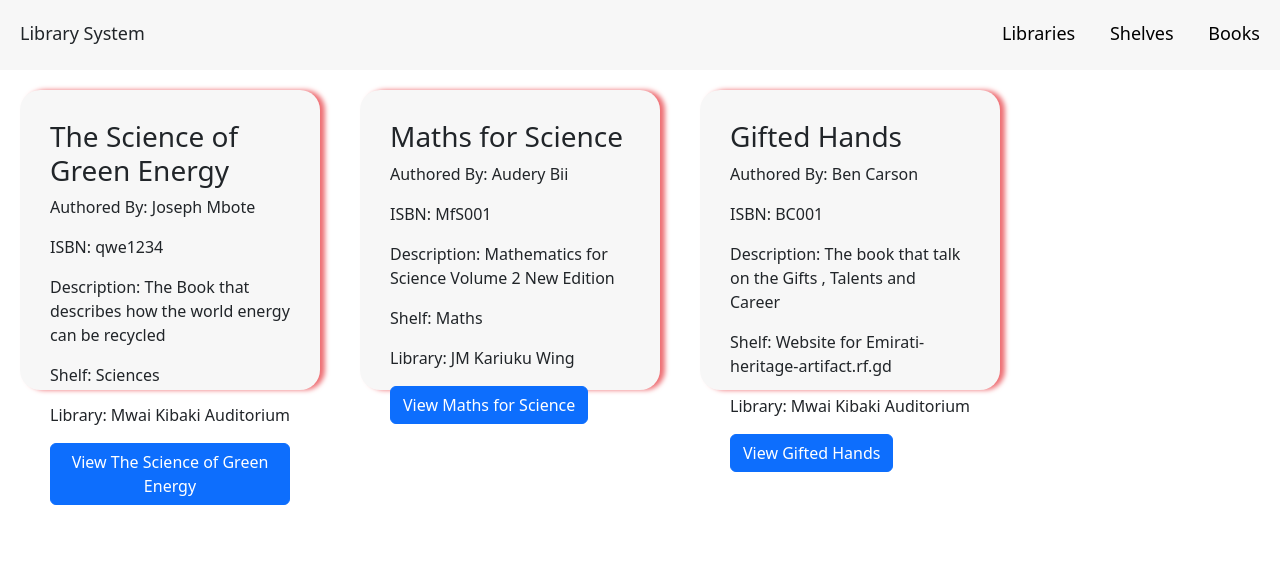
Repository: Mbote-Joseph/Library-Shelves-Books-Managements
Page: http://localhost/book
An editor plug-in stored every save of this project. The page is shown before and after the next save, followed by the edit.
The browser window is 1280 px wide. The pictures show the whole page.
The page is served by the project's application, run on Django 5.2 (manage.py). The page reads the database file committed with the project.

Above is the page before, as saved 2026-01-01 19:08:20.

After the next save:
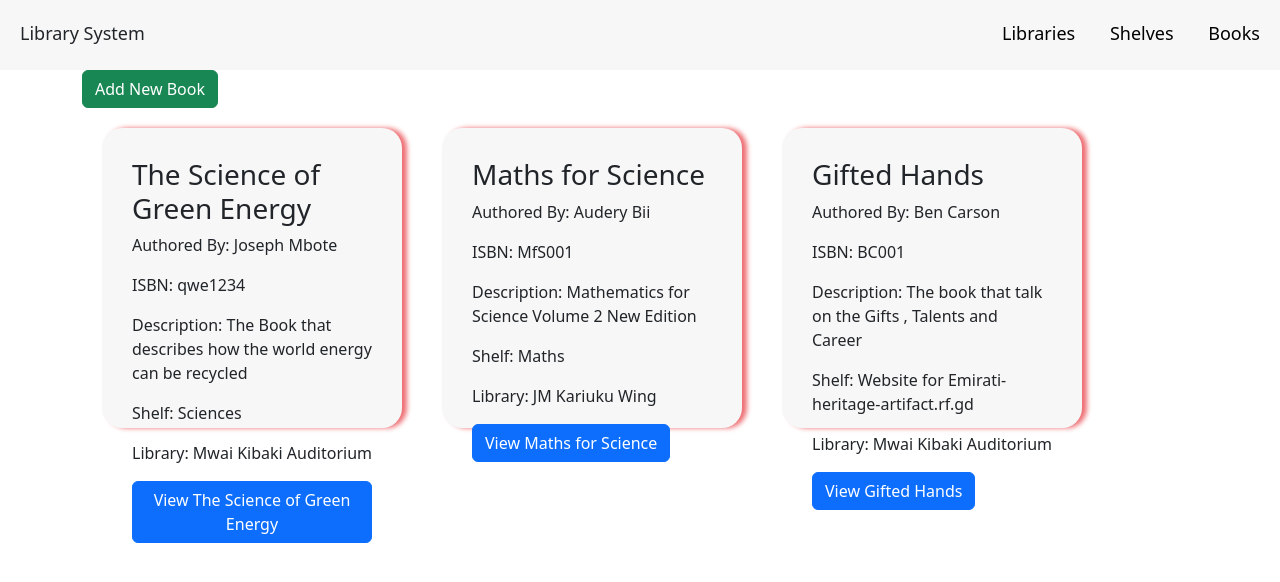
Saved 102 s later.
--- a/books/templates/books/book_view.html
+++ b/books/templates/books/book_view.html
@@ -6,6 +6,8 @@
 
 
 {% block content %}
+<div class="container">
+     <a href="{% url 'book.create' %}" class="btn btn-success"> Add New Book </a>
     <div class="cards">
     {% for book in books %}
         <div class="book" >
@@ -19,4 +21,5 @@
         </div>
     {% endfor %}
     </div>
+</div>
 {% endblock %}
